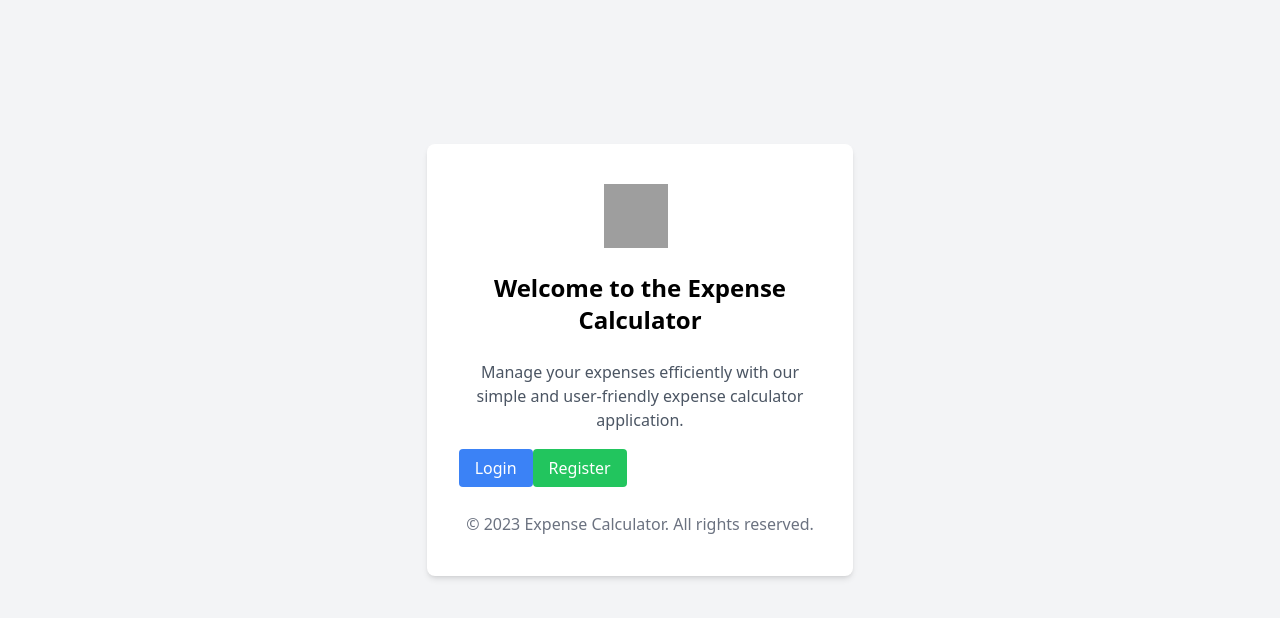
Repository: musabismael/expense-calculator-web
Page: /
The author's editor kept a copy of each file at every save. The page is drawn from the files as they stood at one save, then again after a run of saves.
The browser window is 1280 px wide. The pictures show the whole page.
Pictures or frames that could not be fetched are drawn as grey boxes. The project was rebuilt for these pictures with package versions that can differ from the ones it lists, and the page was loaded fresh each time. The framework's server and built-in components were replaced by stand-ins that run in the browser. Also part of the build but not shown: next.config.js.

Above is the page before, as saved 2023-08-25 03:04:15.

### src/app/layout.tsx
import './globals.css'
import type { Metadata } from 'next'
import { Inter } from 'next/font/google'

const inter = Inter({ subsets: ['latin'] })

export const metadata: Metadata = {
  title: 'Expense calculator',
  description: 'Generated by create next app',
}

export default function RootLayout({
  children,
}: {
  children: React.ReactNode
}) {
  return (
    <html lang="en">
      <body className={inter.className}>{children}</body>
    </html>
  )
}

### src/app/page.jsx
import React from "react";
import Home from "../pages/home";
const page = () => {
  return (
    <html>
      <body>
        < Home />
      </body>
    </html>
  );
};

export default page;

### src/app/globals.css
@tailwind base;
@tailwind components;
@tailwind utilities;



/* Your global styles */


/* Add more global styles as needed */

### src/pages/home.jsx
import Link from "next/link";

function Home() {
  return (
    <div className="flex flex-col items-center justify-center h-screen bg-gray-100">
      <div className="bg-white shadow-md rounded-lg px-8 py-10 w-1/3">
        <div className="flex justify-center items-center mb-6">
          <img
            src="/images/logo.png"
            alt="Logo"
            className="logo-animation h-16 w-16 mr-2"
          />
        </div>
        <h2 className="text-2xl font-bold mb-6 text-center">
          Welcome to the Expense Calculator
        </h2>
        <p className="text-gray-600 mb-6 text-center">
          Manage your expenses efficiently with our simple and user-friendly
          expense calculator application.
        </p>
        <div className="space-y-4">
          <Link
            href="/login"
            className="bg-blue-500 text-white px-4 py-2 rounded hover:bg-blue-600"
          >
            Login
          </Link>
          <Link
            href="/register"
            className="bg-green-500 text-white px-4 py-2 rounded hover:bg-green-600"
          >
            Register
          </Link>
        </div>
        <div className="mt-8 text-gray-500 text-center">
          <p>
            &copy; {new Date().getFullYear()} Expense Calculator. All rights
            reserved.
          </p>
        </div>
      </div>
    </div>
  );
}

export default Home;

### src/pages/dashboard.jsx
// pages/index.js
import React from 'react';
import DashboardContent from '../components/dashboard/DashboardContent';

const DashboardPage = ({ username }) => {
  return (
      <DashboardContent currentUser={username} />
  );
};

export default DashboardPage;

### src/components/dashboard/DashboardContent.jsx
// pages/index.js
import React from 'react';

const DashboardContent = ({ currentUser }) => {
  const recentActivity = [
    { id: 1, message: 'Expense "Groceries" added', timestamp: '2 hours ago' },
    { id: 2, message: 'Expense "Dinner" updated', timestamp: '1 day ago' },
    // ... Add more recent activity items
  ];

  return (
      <div className="flex flex-col space-y-4">
        <section className="bg-white p-4 rounded-lg shadow">
          <h2 className="text-xl font-semibold mb-2">Welcome, {currentUser}!</h2>
          <p className="text-gray-600">
            Start managing your expenses and staying organized.
          </p>
        </section>

        <section className="bg-white p-4 rounded-lg shadow">
          <h2 className="text-xl font-semibold mb-2">Recent Activity</h2>
          <ul className="space-y-2">
            {recentActivity.map((activity) => (
              <li key={activity.id} className="flex items-center">
                <div className="bg-blue-100 p-2 rounded-full mr-2">
                  <svg
                    xmlns="http://www.w3.org/2000/svg"
                    className="h-5 w-5 text-blue-500"
                    viewBox="0 0 20 20"
                    fill="currentColor"
                  >
                    <path
                      fillRule="evenodd"
                      d="M10 18a8 8 0 100-16 8 8 0 000 16zm0-2a6 6 0 100-12 6 6 0 000 12zm-1-10a1 1 0 112 0v6a1 1 0 11-2 0V6z"
                      clipRule="evenodd"
                    />
                  </svg>
                </div>
                <div>
                  <p className="text-sm text-gray-600">{activity.message}</p>
                  <p className="text-xs text-gray-400">{activity.timestamp}</p>
                </div>
              </li>
            ))}
          </ul>
        </section>

        {/* Other sections */}
      </div>
  );
};

export default DashboardContent;

Loaded but not shown: tailwind.config.ts (common file)

After the next 2 saves:
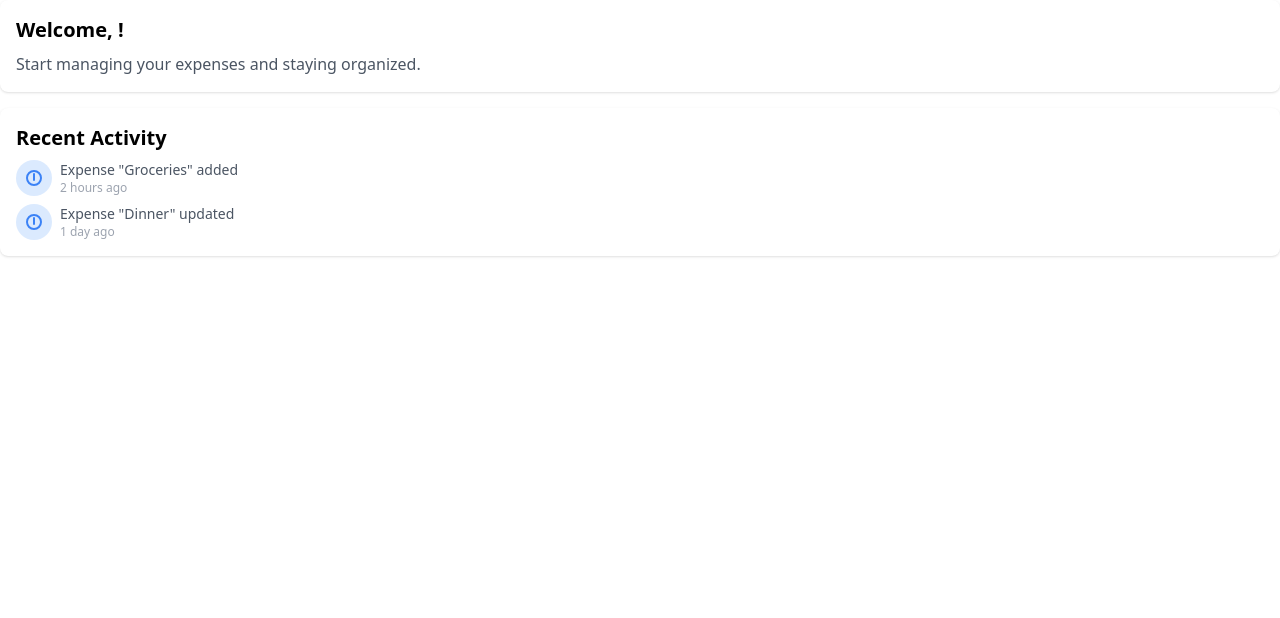
The 2 saves are shown as one change because they came seconds apart.
The last was saved 22 s later.
--- a/src/app/page.jsx
+++ b/src/app/page.jsx
@@ -1,5 +1,5 @@
 import React from "react";
-import Home from "../pages/home";
+import Home from "../pages/dashboard";
 const page = () => {
   return (
     <html>

After the 6 saves that followed:
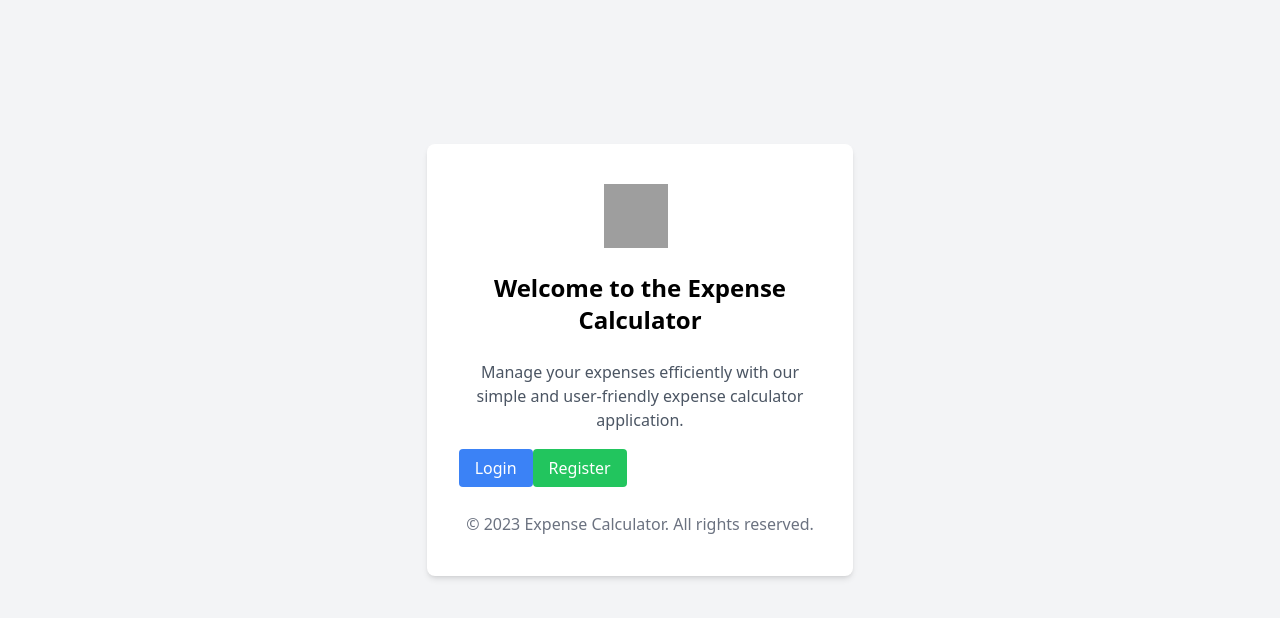
The 6 saves are shown as one change because 1 did not build or start and some came seconds apart.
The last was saved 29 s later.
--- a/src/app/page.jsx
+++ b/src/app/page.jsx
@@ -1,5 +1,5 @@
 import React from "react";
-import Home from "../pages/dashboard";
+import Home from "../pages/home";
 const page = () => {
   return (
     <html>
